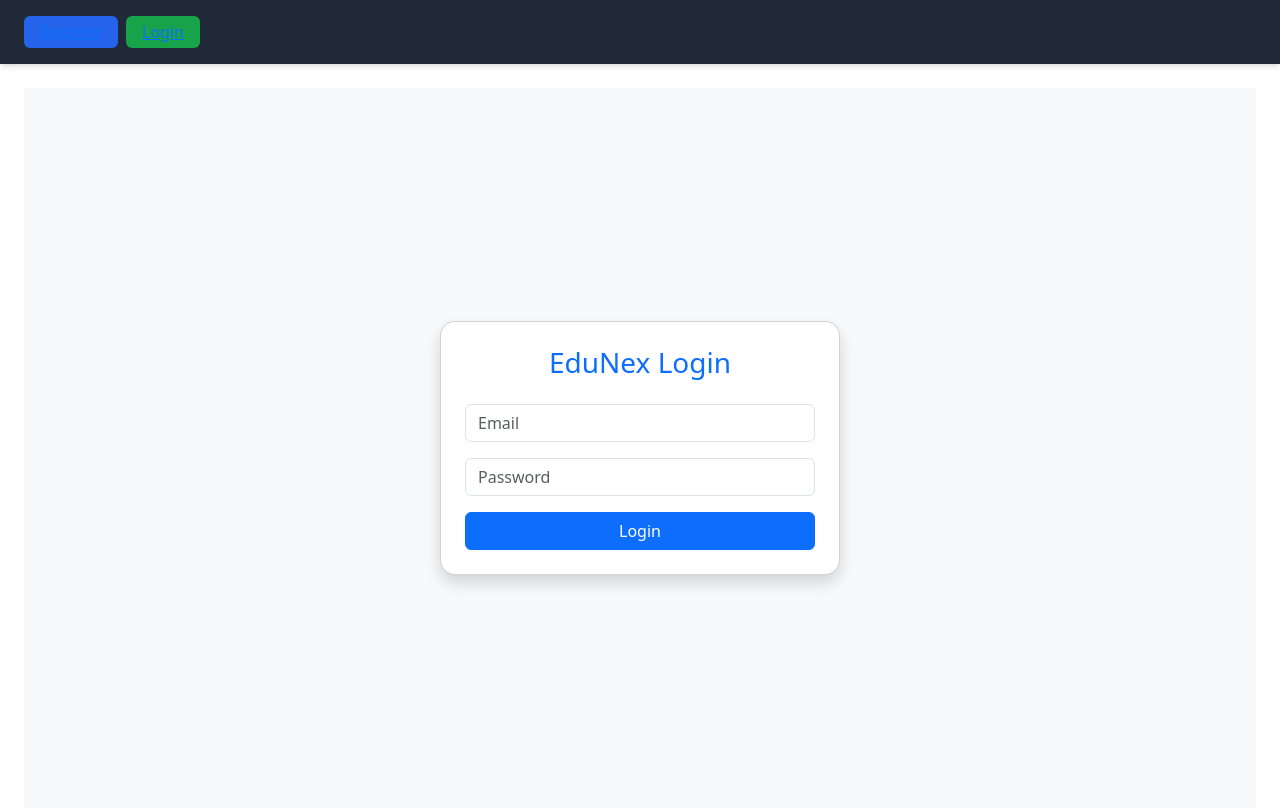
Repository: Abrar-here/EduNex-Interactive-Learning-Mentorship-Platform
Page: / (app in frontend/)
The author's editor kept a copy of each file at every save. The page is drawn from the files as they stood at one save, then again after the next save.
The browser window is 1280 px wide. The pictures show the whole page.
The project was rebuilt for these pictures with package versions that can differ from the ones it lists, and the page was loaded fresh each time. Also part of the build but not shown: frontend/src/App.css, frontend/src/components/Register.js, frontend/src/components/Profile.js, frontend/src/components/ViewProfile.js, frontend/src/components/StudentPage.js, frontend/src/components/InstructorPage.js, frontend/src/components/AdminPage.js, frontend/src/components/CreateCourse.js and 13 more.

Above is the page before, as saved 2025-12-10 12:43:04.

### frontend/src/index.js
import React from "react";
import ReactDOM from "react-dom/client";
import "./index.css"; // Tailwind / global styles
import "bootstrap/dist/css/bootstrap.min.css"; // Bootstrap styles
import App from "./App";
import reportWebVitals from "./reportWebVitals";
import { AuthProvider } from "./context/AuthContext";
// import { NotificationProvider } from "./context/NotificationContext"; // Uncomment if using notifications

const root = ReactDOM.createRoot(document.getElementById("root"));

root.render(
  <React.StrictMode>
    <AuthProvider>
      {/* Wrap app with providers as needed */}
      {/* <NotificationProvider> */}
      <App />
      {/* </NotificationProvider> */}
    </AuthProvider>
  </React.StrictMode>
);

reportWebVitals();

### frontend/src/index.css
@tailwind base;
@tailwind components;
@tailwind utilities;

/* Global body styles */
body {
  margin: 0;
  font-family: -apple-system, BlinkMacSystemFont, "Segoe UI", "Roboto", "Oxygen",
    "Ubuntu", "Cantarell", "Fira Sans", "Droid Sans", "Helvetica Neue",
    sans-serif;
  -webkit-font-smoothing: antialiased;
  -moz-osx-font-smoothing: grayscale;
  background-color: #f9fafb; /* light gray background for professional look */
  color: #111827; /* dark text for readability */
}

code {
  font-family: source-code-pro, Menlo, Monaco, Consolas, "Courier New",
    monospace;
  background-color: #f3f4f6; /* subtle highlight for code blocks */
  padding: 0.25rem 0.5rem;
  border-radius: 0.25rem;
}

/* Example for links and buttons if not using Tailwind classes directly */
a {
  text-decoration: none;
  color: inherit;
}

button {
  cursor: pointer;
}

### frontend/src/App.js
// frontend/src/App.js
import "./App.css";
import {
  BrowserRouter,
  Routes,
  Route,
  Link,
  Navigate,
  useNavigate,
} from "react-router-dom";
import { useContext } from "react";

import Register from "./components/Register";
import Login from "./components/Login";
import Profile from "./components/Profile";
import ViewProfile from "./components/ViewProfile";
import StudentPage from "./components/StudentPage";
import InstructorPage from "./components/InstructorPage";
import AdminPage from "./components/AdminPage";
import CreateCourse from "./components/CreateCourse";
import { AuthContext } from "./context/AuthContext";
import CourseDetails from "./pages/CourseDetails";
import MyCourses from "./pages/MyCourses";
import EditCourse from "./pages/EditCourse";
import CourseDiscussion from "./pages/CourseDiscussion";
import AddLesson from "./pages/AddLesson";
import CourseList from "./pages/CourseList";
import InstructorCourseDetails from "./pages/InstructorCourseDetails";
import StudentMyConsultations from "./pages/StudentMyConsultations";
import StudentConsultationBooking from "./pages/StudentConsultationBooking";
import InstructorConsultationSchedule from "./pages/InstructorConsultationSchedule";
import InstructorTodayConsultations from "./pages/InstructorTodayConsultations";
import NotificationsDropdown from "./components/NotificationsDropdown";
import NotificationsPage from "./pages/NotificationsPage";

function App() {
  const { auth } = useContext(AuthContext);

  return (
    <BrowserRouter>
      <Navigation auth={auth} />
      <div className="max-w-7xl mx-auto px-4">
        <Routes>
          {/* Public Routes */}
          <Route
            path="/"
            element={!auth.user ? <Login /> : <Navigate to="/profile" />}
          />
          <Route
            path="/register"
            element={!auth.user ? <Register /> : <Navigate to="/profile" />}
          />

          {/* Protected Routes */}
          <Route
            path="/profile"
            element={auth.user ? <Profile /> : <Navigate to="/" />}
          />
          <Route
            path="/profile/view"
            element={auth.user ? <ViewProfile /> : <Navigate to="/" />}
          />

          {/* Student Routes */}
          <Route
            path="/student"
            element={
              auth.user?.role === "student" ? (
                <StudentPage />
              ) : (
                <Navigate to="/" />
              )
            }
          />
          <Route
            path="/student/courses"
            element={
              auth.user?.role === "student" ? (
                <CourseList />
              ) : (
                <Navigate to="/" />
              )
            }
          />
          <Route path="/student/courses/:id" element={<CourseDetails />} />
          <Route path="/student/my-courses" element={<MyCourses />} />
          <Route
            path="/student/consultations"
            element={
              auth.user?.role === "student" ? (
                <StudentMyConsultations />
              ) : (
                <Navigate to="/" />
              )
            }
          />
          <Route
            path="/student/courses/:id/consultation"
            element={
              auth.user?.role === "student" ? (
                <StudentConsultationBooking />
              ) : (
                <Navigate to="/" />
              )
            }
          />

          {/* Instructor Routes */}
          <Route
            path="/instructor"
            element={
              auth.user?.role === "instructor" ? (
                <InstructorPage />
              ) : (
                <Navigate to="/" />
              )
            }
          />
          <Route
            path="/instructor/create-course"
            element={
              auth.user?.role === "instructor" ? (
                <CreateCourse />
              ) : (
                <Navigate to="/" />
              )
            }
          />
          <Route
            path="/instructor/consultations/schedule"
            element={
              auth.user?.role === "instructor" ? (
                <InstructorConsultationSchedule />
              ) : (
                <Navigate to="/" />
              )
            }
          />
          <Route
            path="/instructor/consultations/today"
            element={
              auth.user?.role === "instructor" ? (
                <InstructorTodayConsultations />
              ) : (
                <Navigate to="/" />
              )
            }
          />
          <Route
            path="/instructor/courses/:id"
            element={<InstructorCourseDetails />}
          />
          <Route
            path="/instructor/course/:id/edit"
            element={
              auth.user?.role === "instructor" ? (
                <EditCourse />
              ) : (
                <Navigate to="/" />
              )
            }
          />
          <Route
            path="/instructor/courses/:id/add-lesson"
            element={<AddLesson />}
          />

          {/* Discussion Routes */}
          <Route
            path="/student/courses/:id/discussion"
            element={<CourseDiscussion />}
          />
          <Route
            path="/instructor/courses/:id/discussion"
            element={<CourseDiscussion />}
          />

          {/* General Routes */}
          <Route path="/courses/:courseId/add-lesson" element={<AddLesson />} />
          <Route path="/courses" element={<CourseList />} />

          {/* Notifications */}
          <Route
            path="/notifications"
            element={auth.user ? <NotificationsPage /> : <Navigate to="/" />}
          />

          {/* Admin */}
          <Route
            path="/admin"
            element={
              auth.user?.role === "admin" ? <AdminPage /> : <Navigate to="/" />
            }
          />

          {/* Fallback */}
          <Route path="*" element={<Navigate to="/" />} />
        </Routes>
      </div>
    </BrowserRouter>
  );
}

// Navigation component
function Navigation({ auth }) {
  const navigate = useNavigate();

  const handleLogout = () => {
    auth.logout?.();
    navigate("/");
  };

  return (
    <nav className="bg-gray-800 text-white py-3 shadow-md mb-6">
      <div className="max-w-7xl mx-auto flex flex-wrap items-center justify-between px-4">
        <div className="flex space-x-2">
          {!auth.user && (
            <>
              <Link
                to="/register"
                className="bg-blue-600 hover:bg-blue-700 px-3 py-1 rounded"
              >
                Register
              </Link>
              <Link
                to="/"
                className="bg-green-600 hover:bg-green-700 px-3 py-1 rounded"
              >
                Login
              </Link>
            </>
          )}

          {auth.user && (
            <>
              <Link
                to="/profile"
                className="bg-indigo-600 hover:bg-indigo-700 px-3 py-1 rounded"
              >
                Edit Profile
              </Link>
              <Link
                to="/profile/view"
                className="bg-gray-600 hover:bg-gray-700 px-3 py-1 rounded"
              >
                View Profile
              </Link>

              {auth.user.role === "student" && (
                <Link
                  to="/student"
                  className="bg-yellow-500 hover:bg-yellow-600 px-3 py-1 rounded"
                >
                  Student Dashboard
                </Link>
              )}

              {auth.user.role === "instructor" && (
                <>
                  <Link
                    to="/instructor"
                    className="bg-yellow-500 hover:bg-yellow-600 px-3 py-1 rounded"
                  >
                    Instructor Dashboard
                  </Link>
                  <Link
                    to="/instructor/consultations/schedule"
                    className="bg-blue-500 hover:bg-blue-600 px-3 py-1 rounded"
                  >
                    Manage Consultations
                  </Link>
                  <Link
                    to="/instructor/consultations/today"
                    className="bg-green-500 hover:bg-green-600 px-3 py-1 rounded"
                  >
                    Today's Consultations
                  </Link>
                </>
              )}

              {auth.user.role === "admin" && (
                <Link
                  to="/admin"
                  className="bg-red-500 hover:bg-red-600 px-3 py-1 rounded"
                >
                  Admin Dashboard
                </Link>
              )}

              {/* Notifications */}
              <NotificationsDropdown />

              {/* Logout */}
              <button
                onClick={handleLogout}
                className="bg-gray-700 hover:bg-gray-800 px-3 py-1 rounded ml-2"
              >
                Logout
              </button>
            </>
          )}
        </div>
      </div>
    </nav>
  );
}

export default App;

### frontend/src/context/AuthContext.js
// frontend/src/context/AuthContext.js
import { createContext, useState, useEffect } from "react";

export const AuthContext = createContext();

export const AuthProvider = ({ children }) => {
  const [auth, setAuth] = useState({ token: null, user: null });

  // Load auth from localStorage on app start
  useEffect(() => {
    const storedAuth = localStorage.getItem("auth");
    if (storedAuth) setAuth(JSON.parse(storedAuth));
  }, []);

  const login = (data) => {
    setAuth({ token: data.token, user: data.user });
    localStorage.setItem("auth", JSON.stringify(data));
  };

  const logout = () => {
    setAuth({ token: null, user: null });
    localStorage.removeItem("auth");
  };

  return (
    <AuthContext.Provider value={{ auth, login, logout }}>
      {children}
    </AuthContext.Provider>
  );
};

### frontend/src/components/Login.js
import { useState, useContext } from "react";
import axios from "axios";
import { AuthContext } from "../context/AuthContext";

export default function Login() {
  const { login } = useContext(AuthContext);

  const [email, setEmail] = useState("");
  const [password, setPassword] = useState("");
  const [message, setMessage] = useState("");

  const handleSubmit = async (e) => {
    e.preventDefault();
    try {
      const res = await axios.post("http://localhost:5000/api/auth/login", {
        email,
        password,
      });
      login(res.data); // save token + role
      setMessage("Login successful ✅");
    } catch (err) {
      setMessage(err.response?.data?.message || "Error logging in");
    }
  };

  return (
    <div className="d-flex justify-content-center align-items-center vh-100 bg-light">
      <div
        className="card p-4 shadow"
        style={{ width: "400px", borderRadius: "15px" }}
      >
        <h3 className="text-center mb-4 text-primary">EduNex Login</h3>
        <form onSubmit={handleSubmit}>
          <div className="mb-3">
            <input
              type="email"
              className="form-control"
              placeholder="Email"
              value={email}
              onChange={(e) => setEmail(e.target.value)}
              required
            />
          </div>
          <div className="mb-3">
            <input
              type="password"
              className="form-control"
              placeholder="Password"
              value={password}
              onChange={(e) => setPassword(e.target.value)}
              required
            />
          </div>
          <button type="submit" className="btn btn-primary w-100">
            Login
          </button>
        </form>
        {message && <p className="text-success mt-3 text-center">{message}</p>}
      </div>
    </div>
  );
}

### frontend/tailwind.config.js
/** @type {import('tailwindcss').Config} */
module.exports = {
  content: [
    "./src/**/*.{js,jsx,ts,tsx}", // tells tailwind to scan all React files
    "./public/index.html",
  ],
  theme: {
    extend: {},
  },
  plugins: [],
};

Loaded but not shown: frontend/public/index.html (common file); frontend/src/reportWebVitals.js (common file)

After the next save:
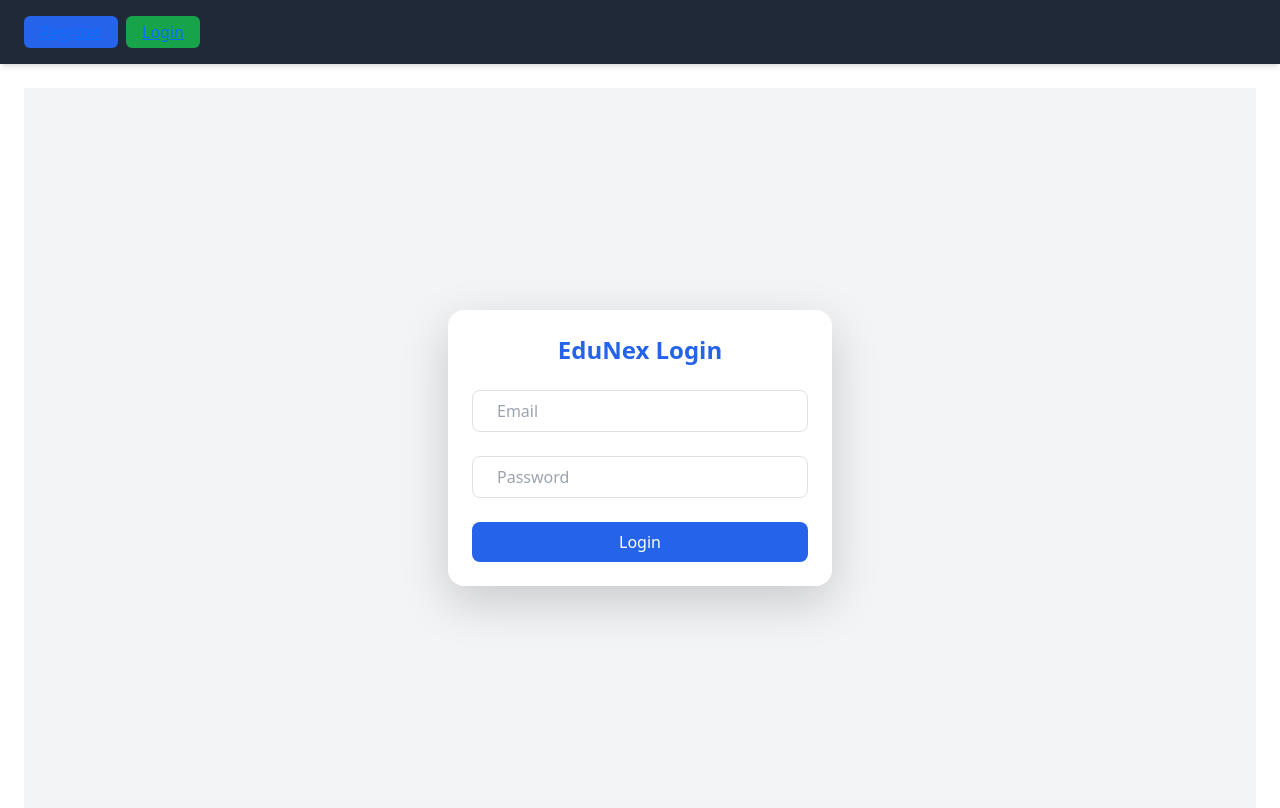
Saved 4 min 28 s later.
--- a/frontend/src/components/Login.js
+++ b/frontend/src/components/Login.js
@@ -24,38 +24,44 @@
   };
 
   return (
-    <div className="d-flex justify-content-center align-items-center vh-100 bg-light">
-      <div
-        className="card p-4 shadow"
-        style={{ width: "400px", borderRadius: "15px" }}
-      >
-        <h3 className="text-center mb-4 text-primary">EduNex Login</h3>
+    <div className="flex justify-center items-center min-h-screen bg-gray-100">
+      <div className="bg-white p-6 rounded-2xl shadow-lg w-96">
+        <h3 className="text-center mb-6 text-blue-600 text-2xl font-semibold">
+          EduNex Login
+        </h3>
         <form onSubmit={handleSubmit}>
-          <div className="mb-3">
+          <div className="mb-4">
             <input
               type="email"
-              className="form-control"
               placeholder="Email"
               value={email}
               onChange={(e) => setEmail(e.target.value)}
               required
+              className="w-full px-4 py-2 border border-gray-300 rounded-lg focus:outline-none focus:ring-2 focus:ring-blue-400"
             />
           </div>
-          <div className="mb-3">
+          <div className="mb-4">
             <input
               type="password"
-              className="form-control"
               placeholder="Password"
               value={password}
               onChange={(e) => setPassword(e.target.value)}
               required
+              className="w-full px-4 py-2 border border-gray-300 rounded-lg focus:outline-none focus:ring-2 focus:ring-blue-400"
             />
           </div>
-          <button type="submit" className="btn btn-primary w-100">
+          <button
+            type="submit"
+            className="w-full bg-blue-600 text-white py-2 rounded-lg hover:bg-blue-700 transition duration-300"
+          >
             Login
           </button>
         </form>
-        {message && <p className="text-success mt-3 text-center">{message}</p>}
+        {message && (
+          <p className="text-green-600 mt-4 text-center font-medium">
+            {message}
+          </p>
+        )}
       </div>
     </div>
   );
